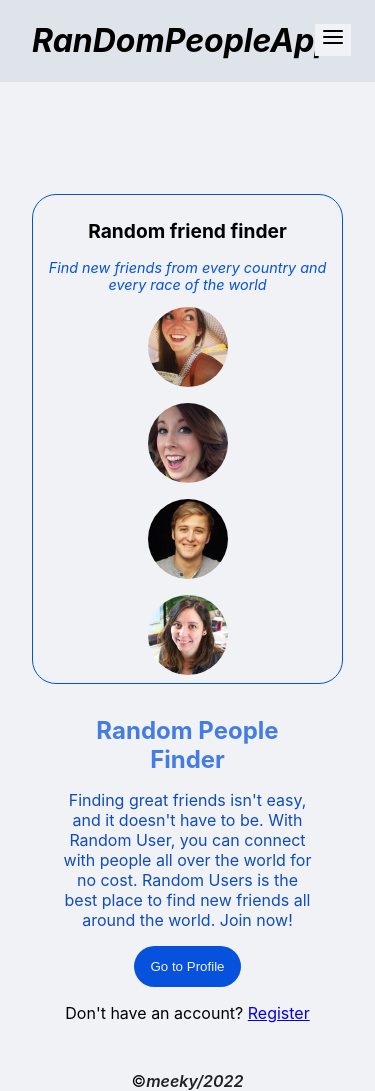
Repository: MikkyPrestige/RandomProfiles
Page: /
These files come from the project's save history. The page is drawn as it stood at one moment and after the next save; the edit follows.
The browser window is 375 px wide. The pictures show the whole page.
The project was rebuilt for these pictures with package versions that can differ from the ones it lists, and the page was loaded fresh each time. Also part of the build but not shown: src/components/users.jsx, src/assets/styles/search.css, src/components/search.jsx, src/assets/styles/help.css, src/components/help.jsx, src/assets/styles/about.css, src/components/about.jsx, src/assets/styles/error.css and 9 more.

Above is the page before, as saved 2022-12-06 22:56:44.

### public/index.html
<!DOCTYPE html>
<html lang="en">

<head>
  <meta charset="utf-8" />
  <link rel="icon" href="%PUBLIC_URL%/favicon.ico" />
  <meta name="viewport" content="width=device-width, initial-scale=1" />
  <meta name="theme-color" content="#000000" />
  <meta name="description" content="Web site created using create-react-app" />
  <link rel="apple-touch-icon" href="%PUBLIC_URL%/logo192.png" />
  <!--
      manifest.json provides metadata used when your web app is installed on a
      user's mobile device or desktop. See https://developers.google.com/web/fundamentals/web-app-manifest/
    -->
  <link rel="manifest" href="%PUBLIC_URL%/manifest.json" />
  <!--
      Notice the use of %PUBLIC_URL% in the tags above.
      It will be replaced with the URL of the `public` folder during the build.
      Only files inside the `public` folder can be referenced from the HTML.

      Unlike "/favicon.ico" or "favicon.ico", "%PUBLIC_URL%/favicon.ico" will
      work correctly both with client-side routing and a non-root public URL.
      Learn how to configure a non-root public URL by running `npm run build`.
    -->
  <title>AltSchool Assignment 2</title>
</head>

<body>
  <noscript>You need to enable JavaScript to run this app.</noscript>
  <div id="root"></div>
  <!--
      This HTML file is a template.
      If you open it directly in the browser, you will see an empty page.

      You can add webfonts, meta tags, or analytics to this file.
      The build step will place the bundled scripts into the <body> tag.

      To begin the development, run `npm start` or `yarn start`.
      To create a production bundle, use `npm run build` or `yarn build`.
    -->
</body>

</html>

### src/index.css
body {
  margin: 0;
  font-family: -apple-system, BlinkMacSystemFont, 'Segoe UI', 'Roboto', 'Oxygen',
    'Ubuntu', 'Cantarell', 'Fira Sans', 'Droid Sans', 'Helvetica Neue',
    sans-serif;
  -webkit-font-smoothing: antialiased;
  -moz-osx-font-smoothing: grayscale;
  background-color: #f1f2f6;
}

code {
  font-family: source-code-pro, Menlo, Monaco, Consolas, 'Courier New',
    monospace;
}

### src/App.jsx
import * as React from "react";
import { ErrorBoundary } from "react-error-boundary";
import { Route, Routes } from "react-router-dom";
import {
  Layout,
  Home,
  Users,
  Search,
  Help,
  About,
  Error,
  ErrorFallBack,
  Profile,
  ProfileDisplay,
  Register,
  UpdatePassword,
  Footer,
} from "./components";

const App = () => {
  return (
    <div className="App">
      <main>
        <ErrorBoundary FallbackComponent={ErrorFallBack}>
          <Layout />
          <Routes>
            <Route path="/" element={<Home />} />
            <Route path="users">
              <Route index element={<Users />} />
              <Route path=":id" element={<Search />} />
            </Route>
            <Route path="profile" element={<Profile />} />
            <Route path="profileDisplay" element={<ProfileDisplay />} />
            <Route path="register" element={<Register />} />
            <Route path="update" element={<UpdatePassword />} />
            <Route path="help" element={<Help />} />
            <Route path="about" element={<About />} />
            <Route path="*" element={<Error />} />
          </Routes>
        </ErrorBoundary>
        <Footer />
      </main>
    </div>
  );
};

export default App;

### src/components/index.js
export {  Layout, Back } from "./layout";
export { default as Home } from "./home";
export { default as Users } from "./users";
export { default as Search } from "./search";
export { default as Help } from "./help";
export { default as About } from "./about";
export { default as Error } from "./error";
export { default as ErrorFallBack } from "./errorFallback";
export { default as Profile } from "./profile";
export { default as ProfileDisplay } from "./profileDisplay";
export { default as Register } from "./register";
export { default as UpdatePassword } from "./update";
export { Footer } from "./avatar";

### src/components/layout.jsx
// LAYOUT COMPONENT - This component is for the App Layout that displays the Navigation bar in the app UI to the user when app is open

import { useState } from "react";
import { NavLink } from "react-router-dom";
import "../assets/styles/layout.css";
import { MdClose } from "react-icons/md";
import { FiMenu } from "react-icons/fi";

const CustomNavLink = ({ to, ...props }) => {
  let activeStyle = {
    textDecoration: "underline",
    color: "red",
  };

  return (
    <NavLink
      style={({ isActive }) =>
        isActive ? activeStyle : { textDecoration: "none" }
      }
      to={to}
      end
      {...props}
    />
  );
};

const LayoutSmall = () => {
  const [nav, setNav] = useState(false);

  const toggleNav = () => {
    setNav(!nav);
  };

  const closeNav = () => {
    setNav(false);
  };

  return (
    <div className="layout small">
      <header className="layout__header">
        <div className="layout__header--text">
          <h1 className="layout__header--title">RanDomPeopleApp</h1>
        </div>
        <nav className="layout__nav">
          <button onClick={toggleNav} className="layout--btn">
            {nav ? (
              <MdClose className="layout__btn--icon" />
            ) : (
              <FiMenu className="layout__btn--icon" />
            )}
          </button>
          <div className={`menuNav ${nav ? " showMenu" : ""}`}>
            <CustomNavLink
              to="/"
              end
              className="nav__item"
              onClick={() => closeNav()}
            >
              Home
            </CustomNavLink>
            <CustomNavLink
              to="profile"
              className="nav__item"
              onClick={() => closeNav()}
            >
              Users
            </CustomNavLink>
            <CustomNavLink
              to="about"
              className="nav__item"
              onClick={() => closeNav()}
            >
              About
            </CustomNavLink>
            <CustomNavLink
              to="help"
              className="nav__item"
              onClick={() => closeNav()}
            >
              Features
            </CustomNavLink>
          </div>
        </nav>
      </header>
    </div>
  );
};

const LayoutLarge = () => {
  return (
    <div className="layout large">
      <header className="layout__header">
        <div className="layout__header--text">
          <h1 className="layout__header--title">RanDomPeopleApp</h1>
        </div>
        <nav className="layout__nav">
          <div className="nav__items--large">
            <CustomNavLink to="/" className="nav__item--large">
              Home
            </CustomNavLink>
            <CustomNavLink to="profile" className="nav__item--large">
              Users
            </CustomNavLink>
            <CustomNavLink to="about" className="nav__item--large">
              About
            </CustomNavLink>
            <CustomNavLink to="help" className="nav__item--large">
              Features
            </CustomNavLink>
          </div>
        </nav>
      </header>
    </div>
  );
};

const Layout = () => {
  return (
    <div>
      <LayoutSmall />
      <LayoutLarge />
    </div>
  );
};

//  Navigate back home button
const Back = () => {
  const [isHover, setIsHover] = useState(false);

  const handleMouseEnter = () => {
    setIsHover(true);
  };

  const handleMouseLeave = () => {
    setIsHover(false);
  };

  const style = {
    border: "none",
    borderRadius: ".5rem",
    padding: " .5rem",
    fontSize: "1rem",
    fontWeight: "600",
    cursor: "pointer",
    backgroundColor: isHover ? "lightblue" : "rgb(0, 191, 255)",
    color: isHover ? "#f00" : "green",
  };

  return (
    <NavLink to="/" className="back__button">
      <button
        style={style}
        onMouseEnter={handleMouseEnter}
        onMouseLeave={handleMouseLeave}
      >
        Back ←{" "}
      </button>
    </NavLink>
  );
};

export { Layout, Back };

### src/components/home.jsx
// HOME COMPONENT - This component is the Home section of the app that displays app Home page on load and when the 'HOME' button in the header is clicked

import { Link, useNavigate } from "react-router-dom";
import "../assets/styles/home.css";
import { Avatar } from "./avatar";
import FirstFemale from "../assets/img/female-1.jpg";
import SecondFemale from "../assets/img/female-2.jpg";
import ThirdFemale from "../assets/img/female-3.jpg";
import FirstMale from "../assets/img/male-1.jpg";
import SecondMale from "../assets/img/male-2.jpg";

const Home = () => {
  const navigate = useNavigate();
  const getStarted = () => {
    navigate("/profileDisplay"); // Redirect the user to the users component when the get started button is clicked
  };

  return (
    <div className="home">
      <div className="home__container">
        <div className="desc">
          <h1 className="desc__heading">Random people finder</h1>
          <p className="desc__paragraph">
            Finding great friends isn't easy, and it doesn't have to be. With
            Random User, you can connect with people all over the world for no
            cost. Random Users is the best place to find new friends all around
            the world. Join now!
          </p>
          <button onClick={getStarted} className="desc__cta">
            Go to Profile
          </button>
          <p className="register__text">
            Don't have an account?{" "}
            <Link to="/register" className="register__link">
              Register
            </Link>
          </p>
        </div>
        <div className="home__wrapper">
          <h2 className="home__heading">Random friend finder</h2>
          <p className="home__text">
            Find new friends from every country and every race of the world
          </p>
          <div className="home__img">
            <Avatar
              image={FirstFemale}
              alt="Female One"
              style={{ width: "5rem", height: "5rem", borderRadius: "50%" }}
            />
            <Avatar
              image={SecondFemale}
              alt="Female Two"
              style={{ width: "5rem", height: "5rem", borderRadius: "50%" }}
            />
            <Avatar
              image={FirstMale}
              alt="Male One"
              style={{ width: "5rem", height: "5rem", borderRadius: "50%" }}
            />
            <Avatar
              image={ThirdFemale}
              alt="Female Three"
              style={{ width: "5rem", height: "5rem", borderRadius: "50%" }}
            />
            <div className="hidden">
            <Avatar
              image={SecondMale}
              alt="Male Two"
              style={{ width: "5rem", height: "5rem", borderRadius: "50%" }}
            />
            </div>
          </div>
        </div>
      </div>
    </div>
  );
};

export default Home;

### src/components/avatar.jsx
// AVATAR COMPONENT - This component is for the Images used in the app.

import "../assets/styles/layout.css";

export const Avatar = ({ image = "", alt = "", style = {} }) => {
  return (
    <div className="avatar">
      <img src={image} alt={alt} style={style} />
    </div>
  );
};

// FOOTER COMPONENT - for the attribution

export const Footer = () => {
  return (
    <div className="attribution">
      <footer>
        &copy;
        <a
          href="https://github.com/MeekyBerry"
          target="_blank"
          rel="noreferrer"
          className="footer"
        >
          meeky/2022
        </a>
      </footer>
    </div>
  );
};

### src/assets/styles/layout.css
.layout {
  background-color: #dfe4ea;
  width: 100%;
}

.layout__nav {
  display: flex;
  align-items: center;
  justify-content: space-between;
  position: relative;
  padding-right: 2rem;
}

.layout__header {
  display: flex;
  justify-content: space-between;
  align-items: center;
}

.layout__header--title {
  font-style: oblique;
  padding-left: 2rem;
}

.layout--btn {
  position: fixed;
  top: 1.5rem;
  right: 1.5rem;
  z-index: 10;
  background-color: #f1f2f5;
  border: none;
  font-size: 1.5rem;
  cursor: pointer;
}

.menuNav {
  position: fixed;
  top: 6rem;
  right: 0;
  width: 0;
  max-width: 10rem;
  height: 100%;
  background-color: #f1f2f5;
  z-index: 5;
  overflow: hidden;
}

.menuNav.showMenu {
  width: 100%;
  transition: all 2s ease-in;
  -webkit-transition: all 2s ease-in;
  -moz-transition: all 2s ease-in;
  -ms-transition: all 2s ease-in;
  -o-transition: all 2s ease-in;
}

.nav__items {
  display: flex;
  align-items: center;
  list-style: none;
  /* flex-wrap: wrap; */
}

.nav__item {
  font-size: 1.2rem;
  padding: 1rem;
  text-transform: uppercase;
  display: block;
  text-align: center;
  text-transform: uppercase;
  color: #0046dc;
}

.nav__item:hover {
  color: #7dd5c6;
}

.nav__items--large {
  display: flex;
  gap: 2rem;
}

.nav__item--large {
  text-transform: uppercase;
  font-size: 1.1rem;
  font-weight: 700;
  letter-spacing: .2rem;
  color: #0046dc;
}

.attribution {
  text-align: center;
}

.footer {
  color: #222;
  text-decoration: none;
  cursor: pointer;
  font-style: italic;
  font-weight: 600;
}

/* MEDIA QUERY TO HIDE THE NAVIGATION BAR HAMBURGER ON LARGE SCREENS */

@media screen and (min-width: 768px) {
  .small {
    display: none;
  }

  .large {
    display: block;
  }
}

@media screen and (max-width: 768px) {
  .small {
    display: block;
  }

  .large {
    display: none;
  }
}

@media screen and (max-width: 900px) {
  .nav__item--large {
    font-size: 1rem;
    margin-right: -.5rem;
  }

}

### src/assets/styles/home.css
.home {
  margin-top: 5rem;
  text-align: center;
  padding: 2rem;
}

.home__container {
  display: flex;
  justify-content: space-around;
  align-items: center;
  gap: 1rem;
}

.desc {
  width: 40%;
}

.desc__heading {
  font-size: 2rem;
  color: #0651ddbb;
  text-transform: capitalize;
}

.desc__paragraph {
  font-size: 1rem;
  color: #0f4cbe;
}

.desc__cta {
  background-color: #0652dd;
  color: #f1f2f6;
  padding: 0.8rem 1rem;
  border: none;
  border-radius: 1.5rem;
}

.desc__cta:hover {
  background-color: #0f4cbe;
}

.home__wrapper {
  border: 1px solid #0652dd;
  border-radius: 1.5rem;
  padding: 1rem;
  height: min-content;
}

.home__text {
  font-style: italic;
  color: #0652dd;
}

.home__img {
  display: flex;
  align-items: center;
  gap: 1rem;
}

.avatar {
  width: 5rem;
  height: 5rem;
  border-radius: 50%;
  -webkit-border-radius: 50%;
  -moz-border-radius: 50%;
  -ms-border-radius: 50%;
  -o-border-radius: 50%;
}

@media screen and (max-width: 900px) {
  .home__container {
    flex-direction: column-reverse;
  }

  .desc {
    width: 60%;
  }

  .desc__heading {
    font-size: 1.5rem;
  }
}

@media screen and (max-width: 600px) {
  .desc {
    width: 80%;
  }

  .home__img {
    flex-direction: column;
  }

  .hidden {
    display: none;
  }


  .home__text {
    font-size: .9rem;
  }

  .home__heading {
    font-size: 1.2rem;
  }

  .home__wrapper {
    padding: .5rem;
  }
}

/* @media screen and (max-width) {
  .home__wrapper {
    padding: 1rem;
  }

  .home__img {
    width: 2rem;
  }
} */

### src/assets/styles/users.css
.users {
  background-color: #fff;
  border: 1px solid #ccc;
  border-radius: 0.5rem;
  padding: 1rem;
  margin: 1rem;
}

.users__container {
  display: flex;
  flex-direction: column;
  justify-content: center;
  align-items: center;
}

.users__heading {
  text-align: center;
  text-transform: uppercase;
  font-size: 1.5rem;
  font-weight: bold;
  margin-bottom: 1rem;
}

.users__list {
  list-style: none;
  padding: 2rem;
  margin: 1rem auto;
  width: 85%;
  display: grid;
  grid-template-columns: repeat(3, minmax(200px, 1fr));
  grid-gap: 3rem;
}

.user__items {
  border-bottom: 1px solid #ccc;
}

.user__item {
  background-color: #fff;
  border: 1px solid #ccc;
  border-radius: 0.5rem;
  padding: 1rem;
}

.user__img {
  width: 80%;
  border-radius: 10%;
  margin-left: 1rem;
}

/* BUTTON BELOW */
.btn__container {
  display: flex;
  justify-content: center;
  align-items: center;
}

.active:hover {
  background-color: #ced6e0;
  color: #1e90ff;
}

.active:active {
  background-color: #70a1ff;
  color: #ced6e0;
}

.btn__array {
  padding: 0.5rem;
  margin: 0.5rem;
  font-size: 1rem;
  border-radius: 0.5rem;
  border: none;
  cursor: pointer;
}

.search__box {
  display: flex;
  justify-content: center;
  align-items: center;
}

.search__link {
  background-color: #fff;
  border: 1px solid #ccc;
  color: #1e90ff;
  border-radius: 1rem;
  width: 18rem;
  padding: 0.5rem;
  margin: 1rem;
  font-size: 1rem;
  font-weight: bold;
  cursor: pointer;
  text-align: center;
  text-decoration: none;
  animation: search 1s ease-in-out infinite;
}

.search__link:hover {
  background-color: #1e90ff;
  color: #fff;
  animation: none;
}

.search__link:active {
  background-color: #70a1ff;
  color: #fff;
  animation: none;
}

@keyframes search {
  0% {
    transform: scale(1);
  }

  50% {
    transform: scale(1.2);
  }

  100% {
    transform: scale(1);
  }
}

Loaded but not shown: src/index.js (common file)

After the next save:
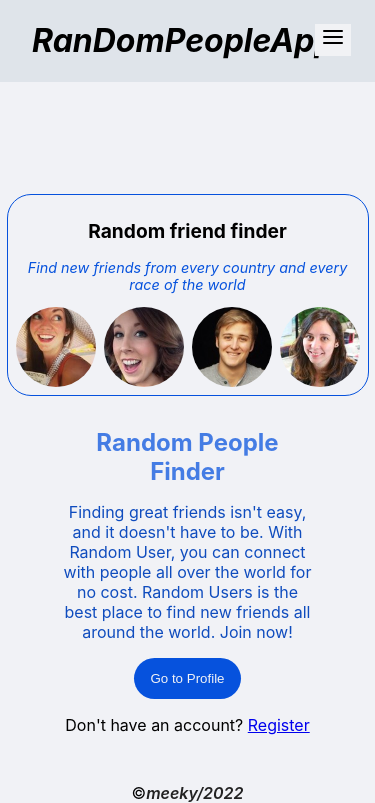
Saved 18 s later.
--- a/src/assets/styles/home.css
+++ b/src/assets/styles/home.css
@@ -86,7 +86,7 @@
   }
 
   .home__img {
-    flex-direction: column;
+    gap: .5rem;
   }
 
   .hidden {
